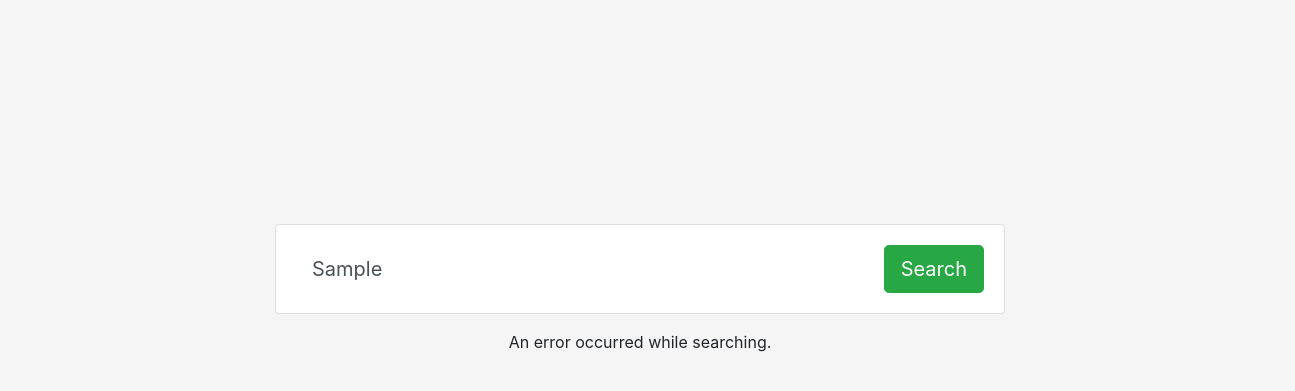
Repository: omribarmats/itc-project-group-4
Page: Backend/src/views/search.html
An editor plug-in stored every save of this project. The page is shown before and after the next save, followed by the edit.
The browser window is 1280 px wide. The page is 1295 px wide, so the pictures cover 1295 px, including what lies to the right of the window. The pictures show the whole page.
Empty fields were first filled with sample values (such as "Sample", 5 or name@example.com).
After loading, the first visible `form.card` was submitted once.
The page's requests for data from a server got no answer. Some web libraries are served in a nearby version.

Above is the page before, as saved 2023-03-29 12:08:30.

After the next save:
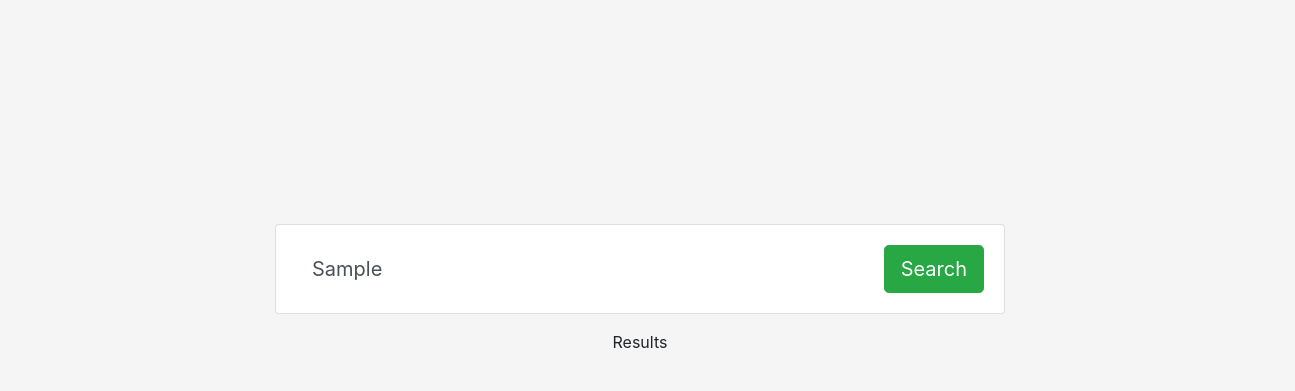
Saved 90 s later.
--- a/Backend/src/views/search.html
+++ b/Backend/src/views/search.html
@@ -46,22 +46,22 @@
 
     form.addEventListener('submit', async (event) => {
         event.preventDefault();
-        searchResults.innerHTML = "Loading..."
-        const query = searchInput.value;
-        const apiUrl = 'http://localhost:4000/free-search'
-        const requestBody = { query };
-        try {
-            const response = await fetch(apiUrl, {
-                method: 'POST',
-                headers: {
-                    'Content-Type': 'application/json'
-                },
-                body: JSON.stringify({ query: query })
-            });
+        // searchResults.innerHTML = "Loading..."
+        // const query = searchInput.value;
+        // const apiUrl = 'http://localhost:4000/free-search'
+        // const requestBody = { query };
+        // try {
+        //     const response = await fetch(apiUrl, {
+        //         method: 'POST',
+        //         headers: {
+        //             'Content-Type': 'application/json'
+        //         },
+        //         body: JSON.stringify({ query: query })
+        //     });
 
-            const { destinations } = await response.json()
+        //     const { destinations } = await response.json()
 
-            console.log(destinations)
+        //     console.log(destinations)
 
 //            const destinationsHTML = destinations.map(item => `
 //     <div class="border border-primary rounded m-4 p-2">
@@ -73,10 +73,11 @@
 
 //             searchResults.innerHTML = destinationsHTML;
 
-        } catch (error) {
-            console.error(error);
-            searchResults.innerHTML = 'An error occurred while searching.';
-        }
+        // } catch (error) {
+        //     console.error(error);
+        //     searchResults.innerHTML = 'An error occurred while searching.';
+        // }
+        return false
     });
 </script>
 </body>
